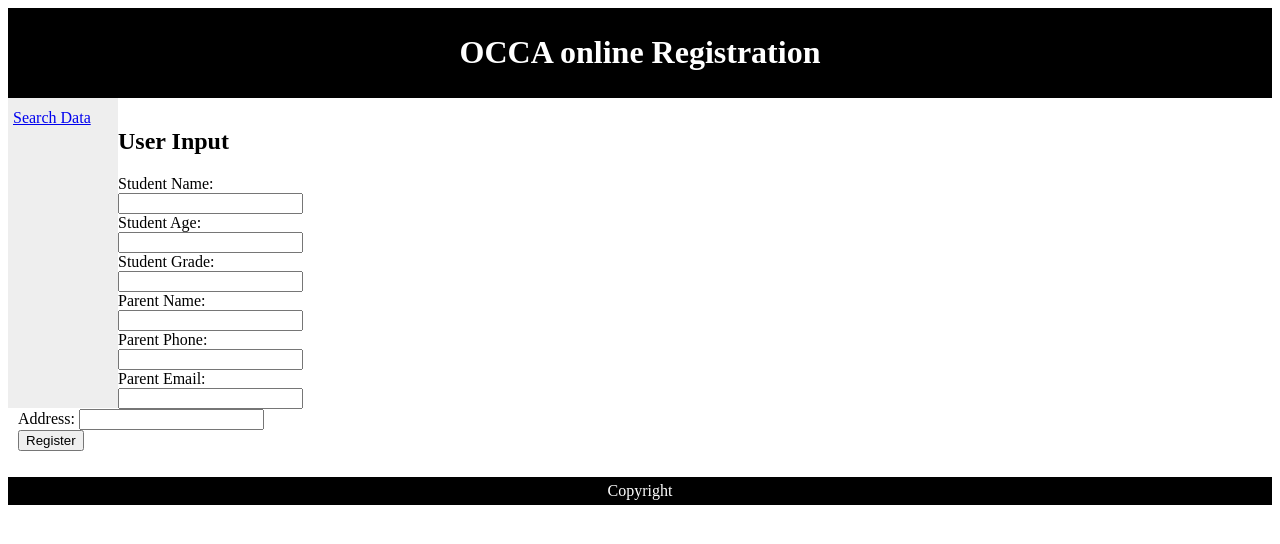
Repository: dreamxia329/TechExercise4830
Page: T3-0325-xia/T3-webProject-Xia/WebContent/WEB-INF/addStudent.html
The author's editor kept a copy of each file at every save. The page is drawn from the files as they stood at one save, then again after the next save.
The browser window is 1280 px wide. The pictures show the whole page.

Above is the page before, as saved 2022-03-30 04:44:52.

### T3-0325-xia/T3-webProject-Xia/WebContent/WEB-INF/addStudent.html
<html>
<head>
<style>
header {
    background-color:black;
    color:white;
    text-align:center;
    padding:5px;
}
nav {
    line-height:30px;
    background-color:#eeeeee;
    height:300px;
    width:100px;
    float:left;
    padding:5px;
}
section {
    width:350px;
    float:center;
    padding:10px;
}
footer {
    background-color:black;
    color:white;
    clear:both;
    text-align:center;
    padding:5px;
}
</style>
</head>

<body>
<header>
<h1> OCCA online Registration </h1>
</header>

<nav>
<a href="/T3-webProject-Xia/search.html">Search Data</a> <br>
</nav>

<section>
	<h1>User Input</h1>

	<form action="RegisterServlet" method="POST">

		Student Name: <input type="text" name="studentName"> <br />
		Student Age: <input type="text" name="studentAge"> <br />
		Student Grade: <input type="text" name="studentGrade"> <br />
		Parent Name:  <input type="text" name="parentName"> <br />
		Parent Phone: <input type="text" name="parentPhone"> <br />
		Parent Email: <input type="text" name="parentEmail"> <br />
		Address: <input type="text" name="address"> <br />


		<input type="submit" value="Register" />
	</form>

</section>

<footer>
Copyright
</footer>
</body>
</html>

After the next save:
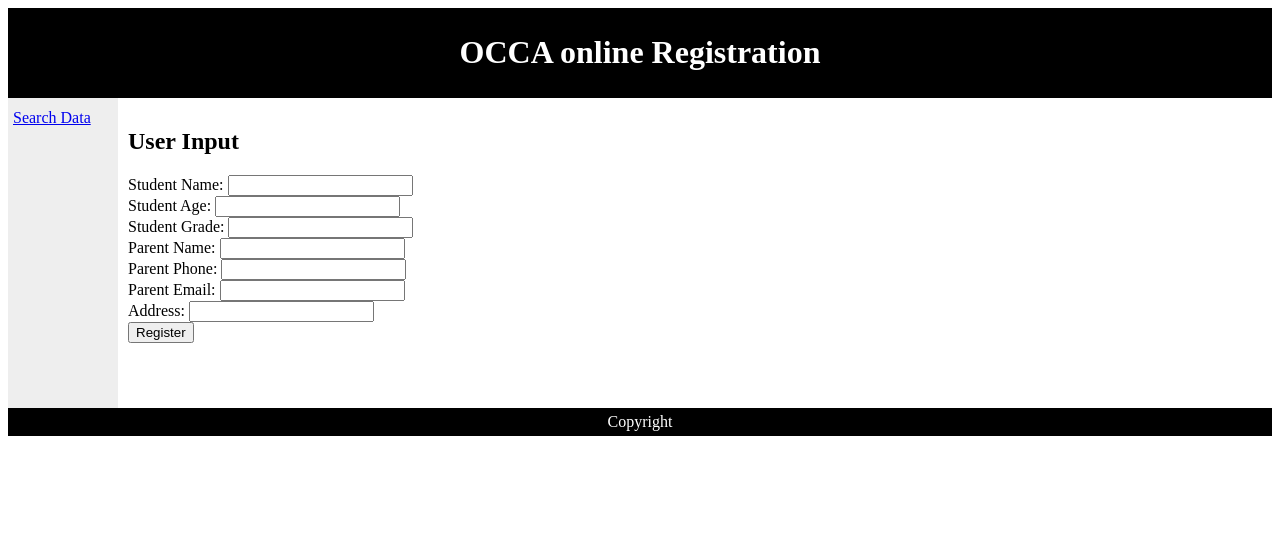
Saved 19 s later.
--- a/T3-0325-xia/T3-webProject-Xia/WebContent/WEB-INF/addStudent.html
+++ b/T3-0325-xia/T3-webProject-Xia/WebContent/WEB-INF/addStudent.html
@@ -17,7 +17,7 @@ nav {
 }
 section {
     width:350px;
-    float:center;
+    float:left;
     padding:10px;
 }
 footer {
